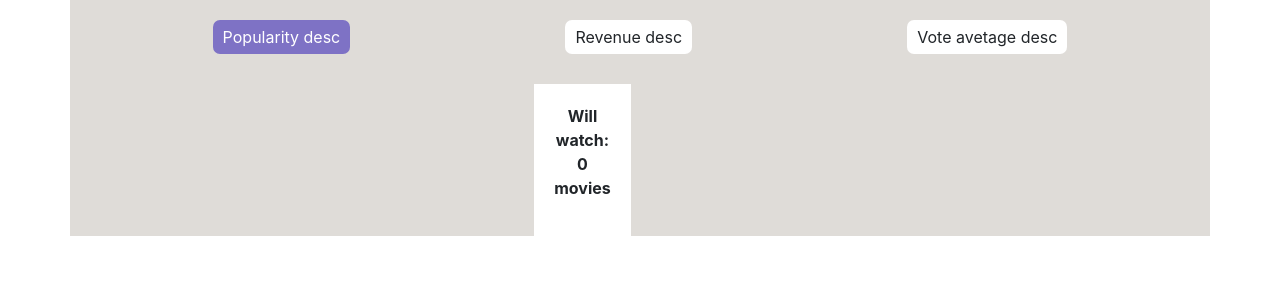
Repository: mamulini/movieslist
Page: /
The author's editor kept a copy of each file at every save. The page is drawn from the files as they stood at one save, then again after the next save.
The browser window is 1280 px wide. The pictures show the whole page.
The first visible `.nav__item` is being pressed.
The page's requests for data from a server got no answer. Some web libraries are served in a nearby version. The project was rebuilt for these pictures with package versions that can differ from the ones it lists, and the page was loaded fresh each time. No one was signed in, and anything a server would have sent is missing. Also part of the build but not shown: src/component/MovieItem.jsx.

Above is the page before, as saved 2020-03-12 13:08:12.

### public/index.html
<!DOCTYPE html>
<html lang="en">
  <head>
    <meta charset="utf-8" />
    <link rel="icon" href="%PUBLIC_URL%/favicon.ico" />
    <meta name="viewport" content="width=device-width, initial-scale=1" />
    <meta name="theme-color" content="#000000" />
    <meta
      name="description"
      content="Web site created using create-react-app"
    />
    <link rel="stylesheet" href="https://cdnjs.cloudflare.com/ajax/libs/font-awesome/5.11.2/css/all.css" integrity="sha256-46qynGAkLSFpVbEBog43gvNhfrOj+BmwXdxFgVK/Kvc=" crossorigin="anonymous" />
    <link rel="apple-touch-icon" href="%PUBLIC_URL%/logo192.png" />
    <!--
      manifest.json provides metadata used when your web app is installed on a
      user's mobile device or desktop. See https://developers.google.com/web/fundamentals/web-app-manifest/
    -->
    <link rel="manifest" href="%PUBLIC_URL%/manifest.json" />
    <!--
      Notice the use of %PUBLIC_URL% in the tags above.
      It will be replaced with the URL of the `public` folder during the build.
      Only files inside the `public` folder can be referenced from the HTML.

      Unlike "/favicon.ico" or "favicon.ico", "%PUBLIC_URL%/favicon.ico" will
      work correctly both with client-side routing and a non-root public URL.
      Learn how to configure a non-root public URL by running `npm run build`.
    -->
    <title>ReactWarrior App</title>
  </head>
  <body>
    <noscript>You need to enable JavaScript to run this app.</noscript>
    <div id="root"></div>
    <!--
      This HTML file is a template.
      If you open it directly in the browser, you will see an empty page.

      You can add webfonts, meta tags, or analytics to this file.
      The build step will place the bundled scripts into the <body> tag.

      To begin the development, run `npm start` or `yarn start`.
      To create a production bundle, use `npm run build` or `yarn build`.
    -->
  </body>
</html>

### src/index.js
import React from 'react';
import ReactDOM from 'react-dom';
import 'bootstrap/dist/css/bootstrap.css';
import './index.css';
import App from './container/App';
import * as serviceWorker from './serviceWorker';



ReactDOM.render(<App />, document.getElementById('root'));

serviceWorker.unregister();

### src/index.css
body {
  margin: 0;
  padding: 0;
  font-family: -apple-system, BlinkMacSystemFont, 'Segoe UI', 'Roboto', 'Oxygen',
    'Ubuntu', 'Cantarell', 'Fira Sans', 'Droid Sans', 'Helvetica Neue',
    sans-serif;
  -webkit-font-smoothing: antialiased;
  -moz-osx-font-smoothing: grayscale;
  box-sizing: border-box;
}

code {
  font-family: source-code-pro, Menlo, Monaco, Consolas, 'Courier New',
    monospace;
}
























/* .container{
  max-width: 400px;
  margin: 0 auto;
  background: #ffffff;
}

.tittle{
  text-align: left;
}

.poster{
  display: block;
  max-width: 400px ;
}

.overview{
  max-width: 500px;
}

.voteArea{
  display: flex;
  justify-content: space-between;
  align-items: center;
}

.likeBtn{
  background: blue;
  color: #ffffff;
} */

### src/container/App.js
import React from 'react';
import './App.css';
// import MoviesData from '../MoviesData';
import MovieItem from '../component/MovieItem';
import MovieTabs from '../component/MovieTabs';
import {API_URL,API_KEY_3} from '../utils/api';




class App extends React.Component{
  constructor(){
    super();
    this.state = {
      movies: [],
      moviesWillWatch: [],

      }

      console.log('Constructor');
  }

 componentDidMount() {
   fetch(`${API_URL}/discover/movie?api_key=${API_KEY_3}&sort_by=release_date.desc`).then( response => {
     return response.json()
   }).then( data => {

     this.setState({
       movies: data.results
     })
   })
 }


  removeMovie = movie => {
    const updateMovies = this.state.movies.filter(function (item){
      return item.id !== movie.id
    });
    this.setState({
      movies: updateMovies
    });
  }

  addMoviesToWillWatch = movie => {
    const updateMoviesWillWatch = [...this.state.moviesWillWatch];
    updateMoviesWillWatch.push(movie);
    console.log(updateMoviesWillWatch);

    this.setState({
      moviesWillWatch: updateMoviesWillWatch
    })
  }

  removeMovieFromWillWatch = movie => {
    const updateMoviesWillWatch = this.state.moviesWillWatch.filter(function (item){
      return item.id !== movie.id
    });
    this.setState({
      moviesWillWatch: updateMoviesWillWatch
    });
  }



  render(){
    console.log('render');
      return(
      <div className='container'>
        <MovieTabs />
        <div className={'movie__wrapper'}>
          <div className={'movies'}>{this.state.movies.map( movie => {
          return(
           <MovieItem removeMovie={this.removeMovie} addMoviesToWillWatch={this.addMoviesToWillWatch}  movie={movie} removeMovieFromWillWatch={this.removeMovieFromWillWatch} />
          )
          })}

          </div>
          <div className={'willWatch'}>
            <p>Will watch: {this.state.moviesWillWatch.length} movies</p>
            {/* <div>{this.state.moviesWillWatch}</div> */}
          </div>
        </div>
      </div>


    )
  }
}

export default App;

### src/container/App.css

.container{
  display: flex;
  flex-direction: column;
  background: rgba(207, 203, 197, 0.671);


}

.movie__tabs{
  display: flex;
  justify-content: space-around;
  padding: 20px;
}

.nav__item{
  padding: 5px 10px;
  background: #ffffff;
  border-radius: 7px;
  cursor: pointer;
}

.nav__item:hover{
  background: #7e72c5;
  color: #ffffff;
}

.nav__item:active{

}

.movie__wrapper{
  max-width: 100%;
  padding: 0;
  display: flex;
  flex-flow: row wrap;
  margin: 0 auto;

}

.willWatch{
  flex: 0 0 20%;
  background: #ffffff;
  text-align: center;
  padding: 10px;
  font-weight: bold;
}

.willWatch p{
  text-align: center;
  padding: 10px;
  font-weight: bold;
}


.movies{
  flex: 0 0 80%;
  padding: 5px;
  display: flex;
  flex-flow: row wrap;



}

.movie__item{
  box-shadow: 0 0 18px rgba(214,214,214,.9);
  flex: 0 0 22%;
  margin: 10px;
  background: #ffffff;
}

.movie__title{
  padding: 10px;
  text-align: center;
  font-size: 1rem;

}

.movie__poster{
  max-width: 100%;
}
.movie__poster img{
  width: 100%;
}


.movie__rank{
  color: goldenrod;
  font-size: 1.5em;
}

.movie__btn{
  margin: 5px auto;
  background: red;
  color: #ffffff;
  border-radius: 8px;
}




.willWatch__btn{
  float: right;
  margin: 5px;
  background: rgb(101, 116, 105);
  color: #ffffff;
  border-radius: 8px;

}
.willWatch__btn--success{
  float: right;
  margin: 5px;
  background: rgb(22, 170, 29);
  color: #ffffff;
  border-radius: 8px;

}

### src/component/MovieTabs.jsx
import React from 'react';


class MovieTabs extends React.Component{
    render(){
        return(
            <ul className={'movie__tabs nav nav__pils'}>
                <li className={'nav__item'}>
                    <div className={'nav__link'}>Popularity desc</div>
                </li>
                <li className={'nav__item'}>
                    <div className={'nav__link'}>Revenue desc</div>
                </li>
                <li className={'nav__item'}>
                    <div className={'nav__link'}>Vote avetage desc</div>
                </li>
            </ul>
        )
    }
}

export default MovieTabs

### src/utils/api.js
export const API_URL = "https://api.themoviedb.org/3";

export const API_KEY_3 = "3f4ca4f3a9750da53450646ced312397";

export const API_KEY_4 =
  "eyJ0eXAiOiJKV1QiLCJhbGciOiJIUzI1NiJ9.eyJhdWQiOiIzZjRjYTRmM2E5NzUwZGE1MzQ1MDY0NmNlZDMxMjM5NyIsInN1YiI6IjVhYzlmNWRkOTI1MTQxNjJhZTA1Njk0NiIsInNjb3BlcyI6WyJhcGlfcmVhZCJdLCJ2ZXJzaW9uIjoxfQ.Fc4f9DVB6pFWh6hIjYe0NCC4pImdmNzDIfi_3Nb3tC4";

Loaded but not shown: src/serviceWorker.js (common file); public/manifest.json (common file)

After the next save:
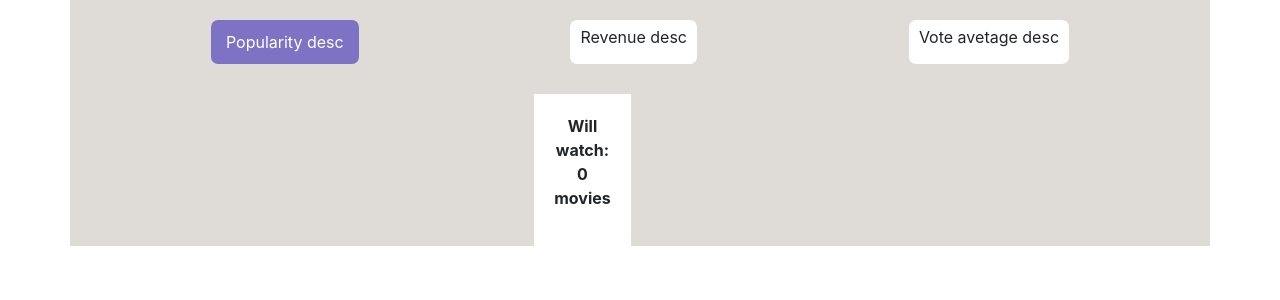
Saved 13 s later.
--- a/src/container/App.css
+++ b/src/container/App.css
@@ -26,7 +26,7 @@
 }
 
 .nav__item:active{
-
+  padding: 10px 15px;
 }
 
 .movie__wrapper{
